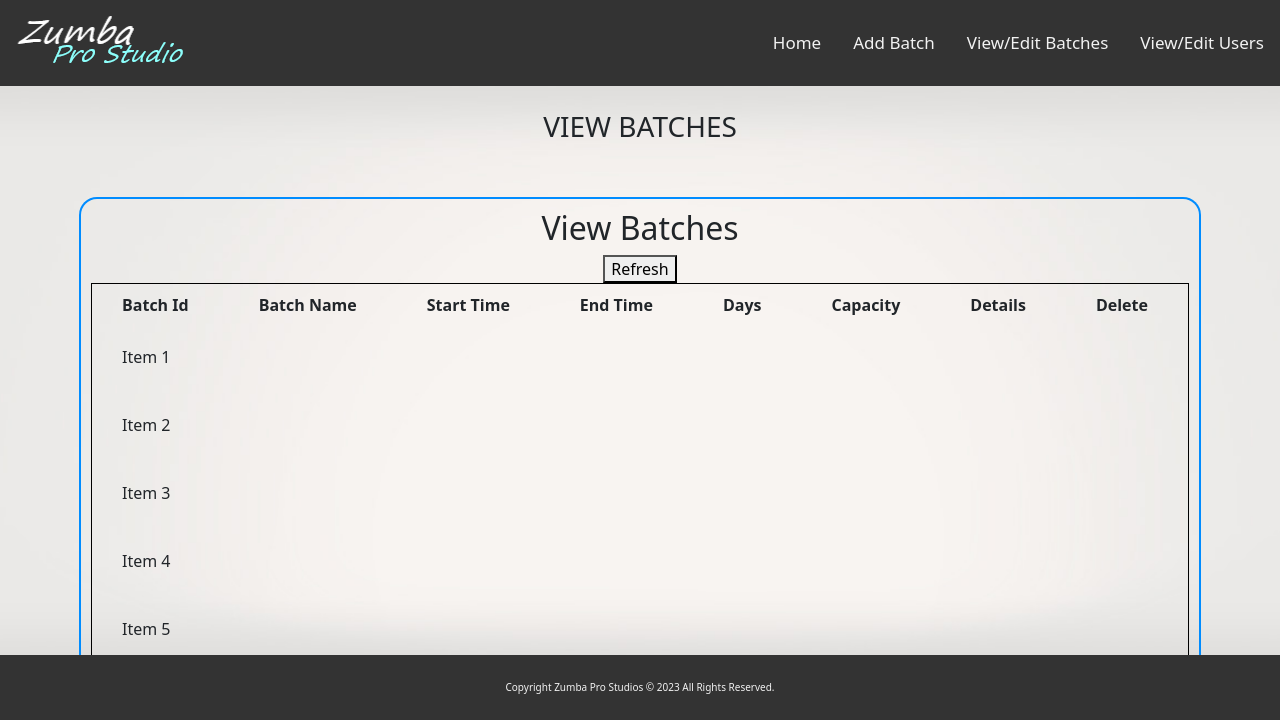
Repository: basemsamuel/Zumba
Page: http://localhost/ZumbaProStudio/admin.jsp
These files come from the project's save history. The page is drawn as it stood at one moment and after the next save; the edit follows.
The browser window is 1280 px wide. The pictures show the whole page.
The page is served by Tomcat 10. Other server files are loaded and not shown.

Above is the page before, as saved 2023-07-31 15:43:22.

### ZumbaProStudio/src/main/webapp/admin.jsp
<jsp:include page="adminheader.jsp"></jsp:include>
<div class="mycontainer">
	<div align="center">
	<br>
	<h3>VIEW BATCHES</h3>
	<br>
	<br>
	<div>
		<table class="formtable">
			<tr>
				<td style="padding: 10px;">
					<div class='center'>
						<form style="width: 100%;" action="Admin" method = "POST">
						    <h2>View Batches</h2>
						    <input type="hidden" name="htmlFormName" value="ViewBatches" />
						    <button type="submit" value="Submit">Refresh</button>
						    <table class="batchviewtable">
						    	<tr>
							    	<th style="padding:5px,">Batch Id</th>
							    	<th>Batch Name</th>
							    	<th>Start Time</th>
							    	<th>End Time</th>
							    	<th>Days</th>
							    	<th>Capacity</th>
							    	<th>Details</th>
							    	<th>Delete</th>
						    	</tr>

						    	<%@ taglib uri="http://java.sun.com/jsp/jstl/core" prefix="c" %>
									<c:forEach var = "i" begin = "1" end = "5">
										<tr>
											<td>
							         		Item <c:out value = "${i}"/><p>
									    	</td>
									    </tr>
							      	</c:forEach>
						    </table>
						</form>
					</div>

				</td>
			</tr>
		</table>
		<br>
		<div class="emsg">
			<p>
				${listerrorMessage}
			</p>
		</div>
	</div>
</div>
<jsp:include page="footer.jsp"></jsp:include>

### ZumbaProStudio/src/main/webapp/adminheader.jsp
<html lang="en">

<head>
    <meta charset="UTF-8">
    <meta http-equiv="X-UA-Compatible" content="IE=edge">
    <meta name="viewport" content="width=device-width, initial-scale=1.0">
    <title>Document</title>
    <link href="https://cdn.jsdelivr.net/npm/bootstrap@5.1.3/dist/css/bootstrap.min.css" rel="stylesheet" integrity="sha384-1BmE4kWBq78iYhFldvKuhfTAU6auU8tT94WrHftjDbrCEXSU1oBoqyl2QvZ6jIW3" crossorigin="anonymous">
    <link rel="stylesheet" type="text/css" href="css/styles.css" />
</head>

<body>
	 <div class="topnav">
		<img src="images/logo.png" alt="Zumba Pro Studio">
		<!-- <a class="active" href="#home">Home</a> -->
		<a href="adminusers.jsp">View/Edit Users</a>
		<a href="admin.jsp">View/Edit Batches</a>
		<a href="addbatch.jsp">Add Batch</a>
		<a href="index.jsp">Home</a>
	</div>

### ZumbaProStudio/src/main/webapp/footer.jsp
<footer>
	Copyright Zumba Pro Studios © 2023 All Rights Reserved.
</footer>
</body>
</html>

### ZumbaProStudio/src/main/webapp/css/styles.css
		.topnav {
			 background-color: #333;
			 overflow: hidden;
				}

		/* Style the links inside the navigation bar */
		.topnav a {
			 float: right;
			 color: #f2f2f2;
			 text-align: center;
			 padding: 30px 16px;
			 text-decoration: none;
			 font-size: 17px;
		}

		.topnav img {
			 float: left;
			 color: #f2f2f2;
			 text-align: center;
			 padding: 14px 16px;
			 text-decoration: none;
			 font-size: 17px;
			 height: 80px;
		}

		/* Change the color of links on hover */
		.topnav a:hover {
			 background-color: #ddd;
			 color: black;
		}

		/* Add a color to the active/current link */
		.topnav a.active {
			 background-color: #04AA6D;
			 color: white;
		}

		footer {
		    background-color: #333;
		    color: #f2f2f2;
		    grid-area: footer;
		    width: 100%;
		    position: absolute;
  			bottom: 0;
  			padding: 25px;
  			text-align: center;
  			font-size: 10px;
		}

		.centerimage {
			height: 100%;
			width: auto;
			display: block;
			margin-left: auto;
			margin-right: auto;

		}

		.center {
			text-align: center;
		}
		.right {
			text-align: right;
		}

		.formtable {
			border-collapse: collapse;
			border-radius: 16px;
			box-shadow: 0 0 0 2px rgb(0, 140, 255);
		}

		.mycontainer {
			height: calc(100% - 150px);
			width: 100%;
			background-image: url('../images/bg.jpg');
			background-color: #333; /* Used if the image is unavailable */
			background-position: center; /* Center the image */
			background-repeat: no-repeat; /* Do not repeat the image */
			background-size: cover; /* Resize the background image to cover the entire container */
		}

		.emsg {
			font-size: 13px;
			color: #FF0000;
		}

		.batchviewtable {
			border: 1px solid black;
			border-collapse: collapse;
		}

		.batchviewtable th, td {
			 padding-top: 10px;
			 padding-bottom: 20px;
			 padding-left: 30px;
			 padding-right: 40px;
		}

After the next save:
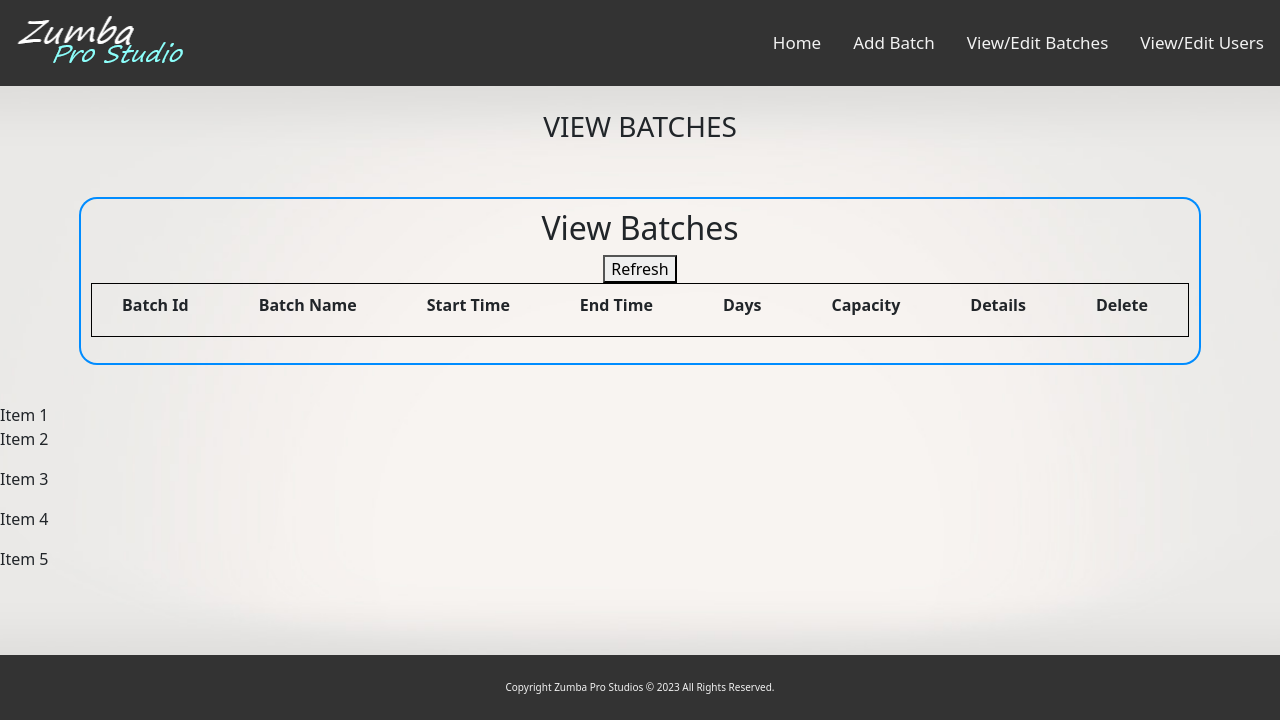
Saved 40 s later.
--- a/ZumbaProStudio/src/main/webapp/admin.jsp
+++ b/ZumbaProStudio/src/main/webapp/admin.jsp
@@ -26,14 +26,6 @@
 							    	<th>Delete</th>
 						    	</tr>
 
-						    	<%@ taglib uri="http://java.sun.com/jsp/jstl/core" prefix="c" %>
-									<c:forEach var = "i" begin = "1" end = "5">
-										<tr>
-											<td>
-							         		Item <c:out value = "${i}"/><p>
-									    	</td>
-									    </tr>
-							      	</c:forEach>
 						    </table>
 						</form>
 					</div>
@@ -49,4 +41,10 @@
 		</div>
 	</div>
 </div>
+						    	<%@ taglib uri="http://java.sun.com/jsp/jstl/core" prefix="c" %>
+									<c:forEach var = "i" begin = "1" end = "5">
+
+							         		Item <c:out value = "${i}"/><p>
+
+							      	</c:forEach>
 <jsp:include page="footer.jsp"></jsp:include>
